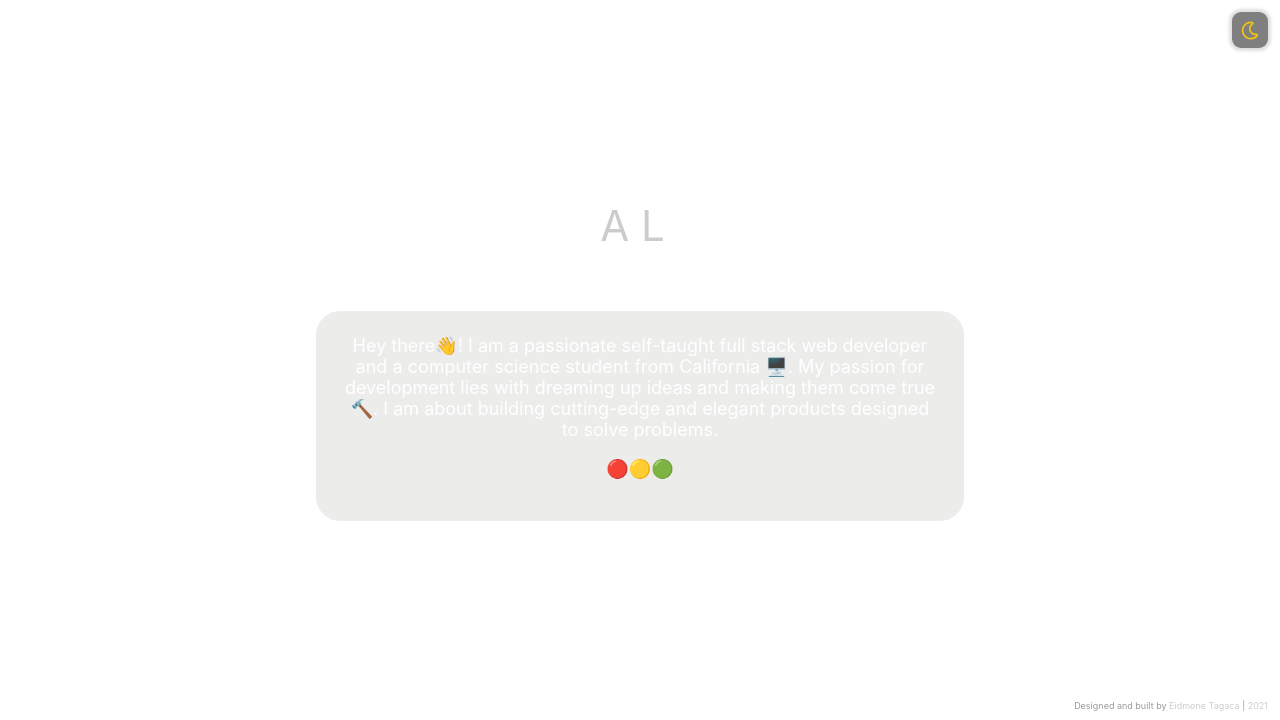
Repository: Tagaca19e/ET
Page: /
These files come from the project's save history. The page is drawn as it stood at one moment and after the next save; the edit follows.
The browser window is 1280 px wide. The pictures show the whole page.
The project was rebuilt for these pictures with package versions that can differ from the ones it lists, and the page was loaded fresh each time. Also part of the build but not shown: src/icons/Sun.jsx, src/icons/Resume.jsx.

Above is the page before, as saved 2021-07-22 23:43:47.

After the next save:
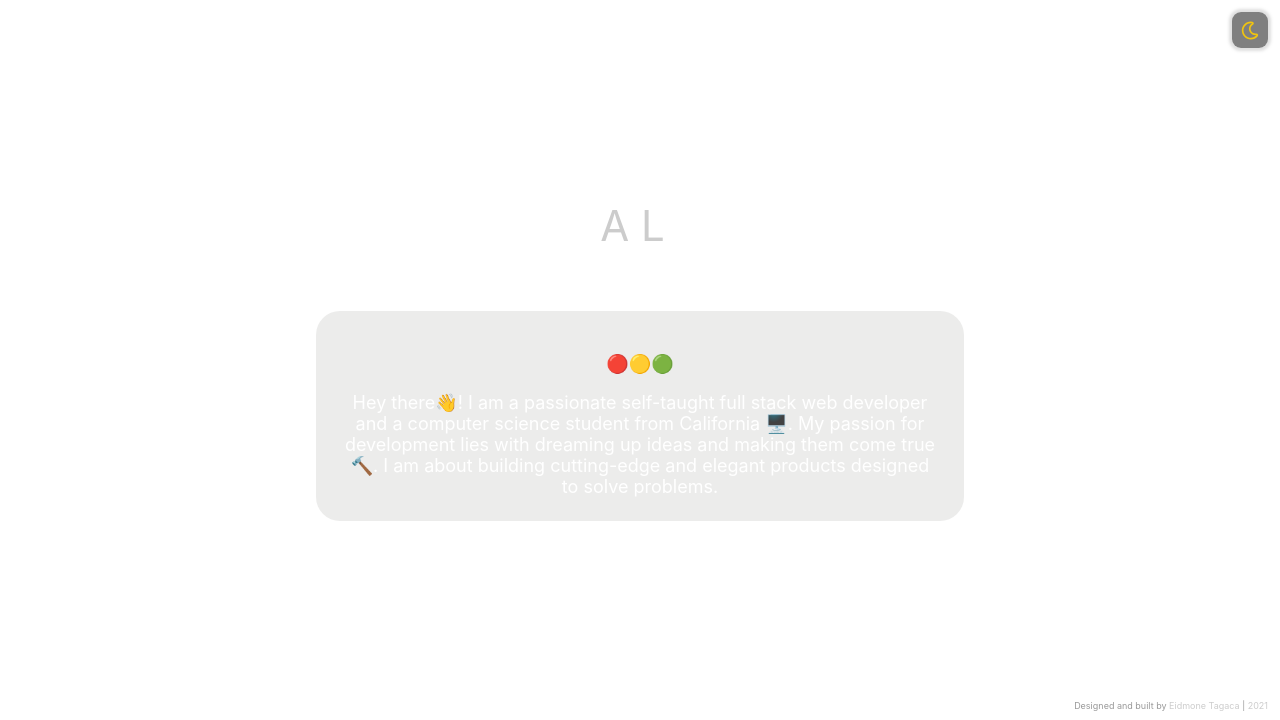
Saved 13 s later.
--- a/src/components/Content.jsx
+++ b/src/components/Content.jsx
@@ -93,14 +93,12 @@
         aria-label="My name is Adam Alston"
       >
         <p1>
-          {" "}
-          Hey there👋! I am a passionate self-taught full stack web developer
-          and a computer science student from California 🖥️. My passion for
-          development lies with dreaming up ideas and making them come true 🔨.
-          I am about building cutting-edge and elegant products designed to
-          solve problems.
+          <p> 🔴🟡🟢</p> Hey there👋! I am a passionate self-taught full stack
+          web developer and a computer science student from California 🖥️. My
+          passion for development lies with dreaming up ideas and making them
+          come true 🔨. I am about building cutting-edge and elegant products
+          designed to solve problems.
         </p1>
-        <p> 🔴🟡🟢</p>
         {/* <TextLoop interval={3000} delay={2000}>
           {[
             "Javascript  ",

After the save that followed:
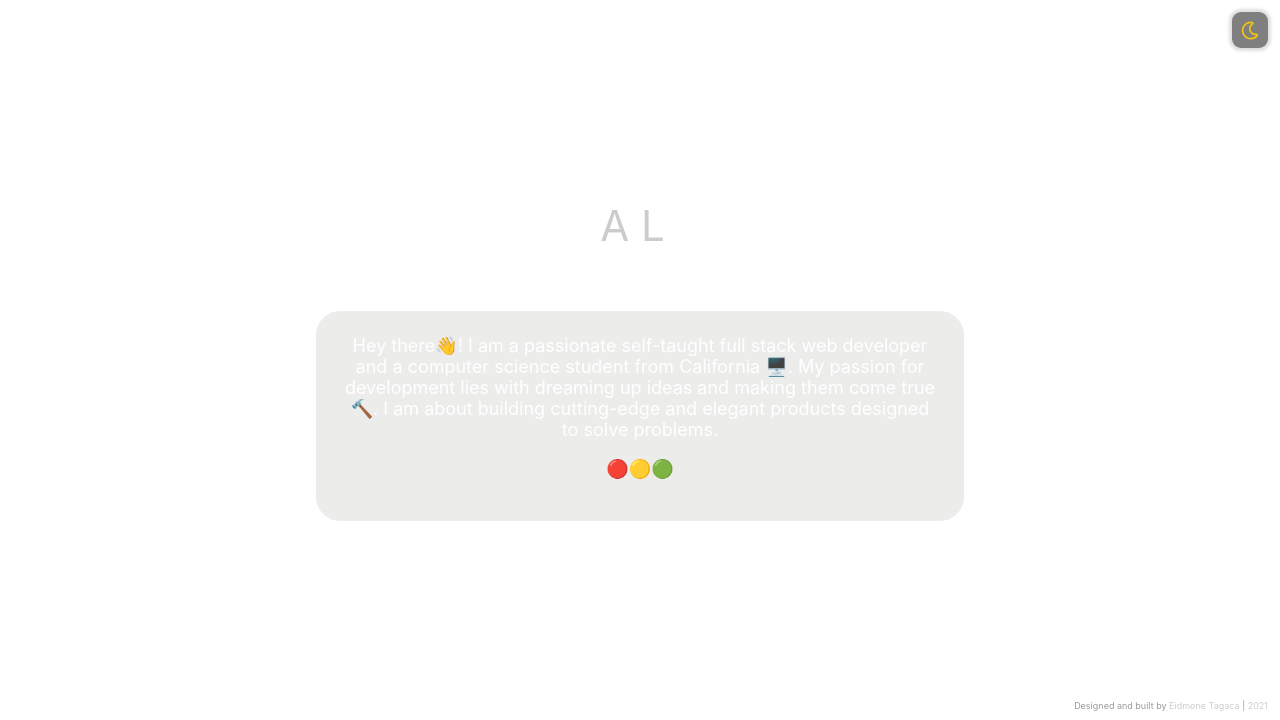
Saved 9 s later.
--- a/src/components/Content.jsx
+++ b/src/components/Content.jsx
@@ -93,12 +93,14 @@
         aria-label="My name is Adam Alston"
       >
         <p1>
-          <p> 🔴🟡🟢</p> Hey there👋! I am a passionate self-taught full stack
-          web developer and a computer science student from California 🖥️. My
-          passion for development lies with dreaming up ideas and making them
-          come true 🔨. I am about building cutting-edge and elegant products
-          designed to solve problems.
+          {" "}
+          Hey there👋! I am a passionate self-taught full stack web developer
+          and a computer science student from California 🖥️. My passion for
+          development lies with dreaming up ideas and making them come true 🔨.
+          I am about building cutting-edge and elegant products designed to
+          solve problems.
         </p1>
+        <p> 🔴🟡🟢</p>
         {/* <TextLoop interval={3000} delay={2000}>
           {[
             "Javascript  ",
